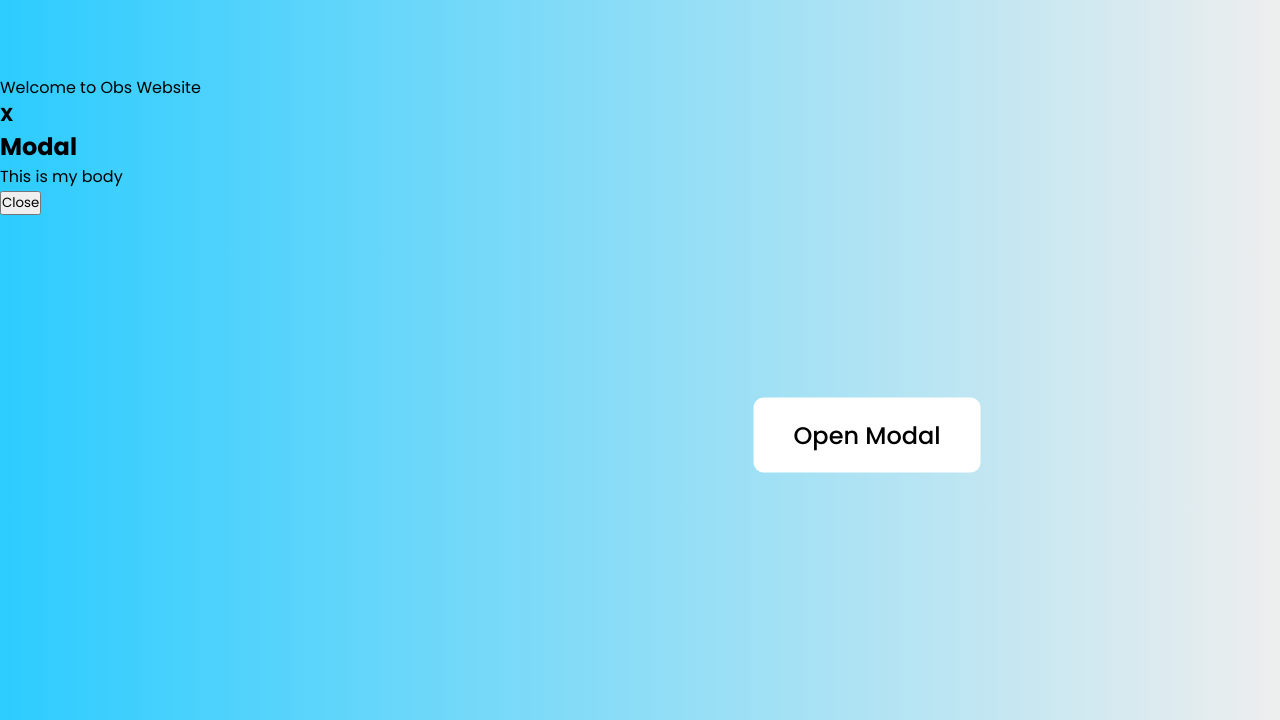
Repository: lausamtuong/Modal_card
Page: index.html
These files come from the project's save history. The page is drawn as it stood at one moment and after the next save; the edit follows.
The browser window is 1280 px wide. The pictures show the whole page.
The style sheet was rebuilt from its Sass, Less or Tailwind sources for each picture, by a compiler version that may differ from the author's.

Above is the page before, as saved 2021-12-14 21:38:59.

### index.html
<!DOCTYPE html>
<html lang="en">
<head>
    <meta charset="UTF-8">
    <meta http-equiv="X-UA-Compatible" content="IE=edge">
    <meta name="viewport" content="width=device-width, initial-scale=1.0">
    <link rel="stylesheet" href="style.css">
    <link href="https://fonts.googleapis.com/css2?family=Poppins:wght@400;500;700&display=swap" rel="stylesheet">
    <title>Document</title>
</head>
<body>
    <button class="open__btn">Open Modal</button>
    <div class="modal">
        <div class="modal__inner">
            <div class="modal__heade">
                <p>Welcome to Obs Website</p>
                <h3>X</h3>
            </div>
            <div class="modal__body">
                <h2>Modal</h2>
                <p>This is my body</p>
            </div>
            <div class="modal__footer">
                <button class="modal__close-btn">Close</button>
            </div>
        </div>
    </div>
</body>
</html>

### style.scss
*{
    margin: 0;
    padding: 0;
    box-sizing: border-box;
    font-family: 'Poppins', sans-serif;
}
body{
    height: 100vh;
    background:  linear-gradient( to right,#2cccff ,#eee );;
}
.open__btn{
     position: relative;;
   top:50%;
   left:50%;
   transform: translate(50%,50%);
   outline: none;
   border: none;
   padding : 20px 40px;
   font-weight: 500;
   font-size: 1.5rem;
   border-radius: 10px;
   background-color:#fff;
   &:hover{
      opacity: 0.7;
       cursor: pointer;
       transition: 0.5s;
   }

}

After the next save:
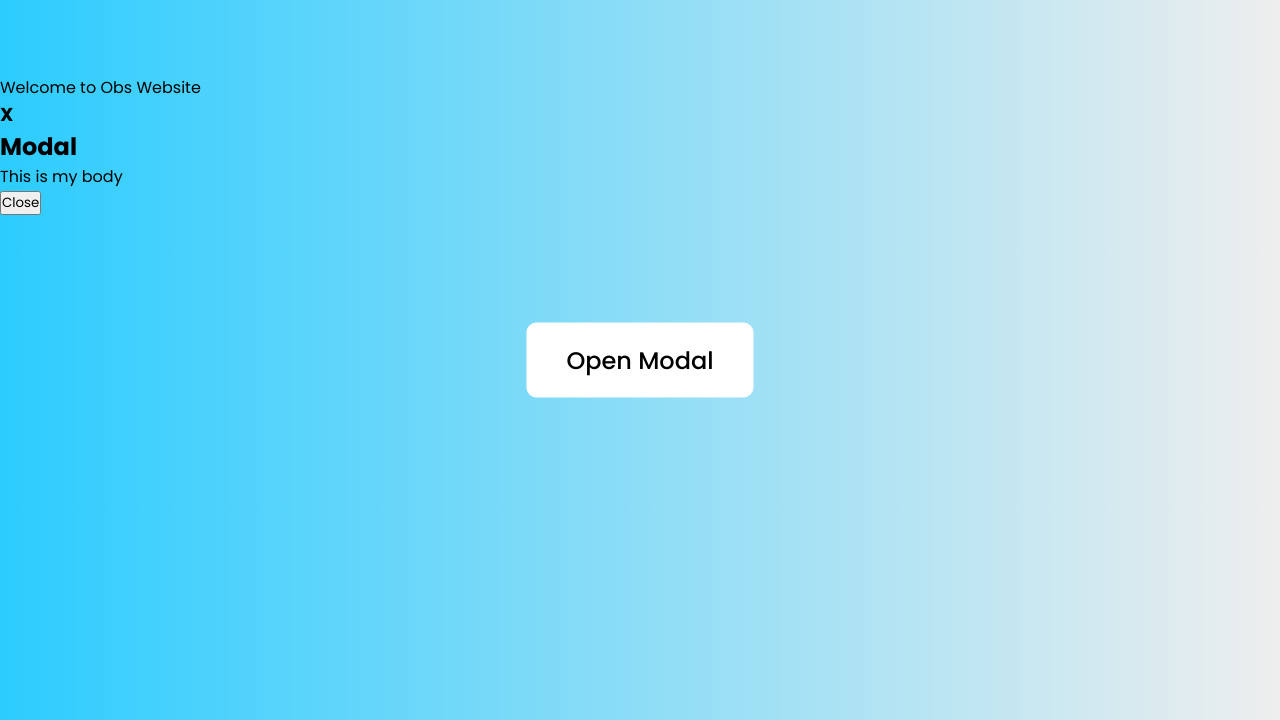
Saved 11 s later.
--- a/style.scss
+++ b/style.scss
@@ -12,7 +12,7 @@ body{
      position: relative;;
    top:50%;
    left:50%;
-   transform: translate(50%,50%);
+   transform: translate(-50%,-50%);
    outline: none;
    border: none;
    padding : 20px 40px;
